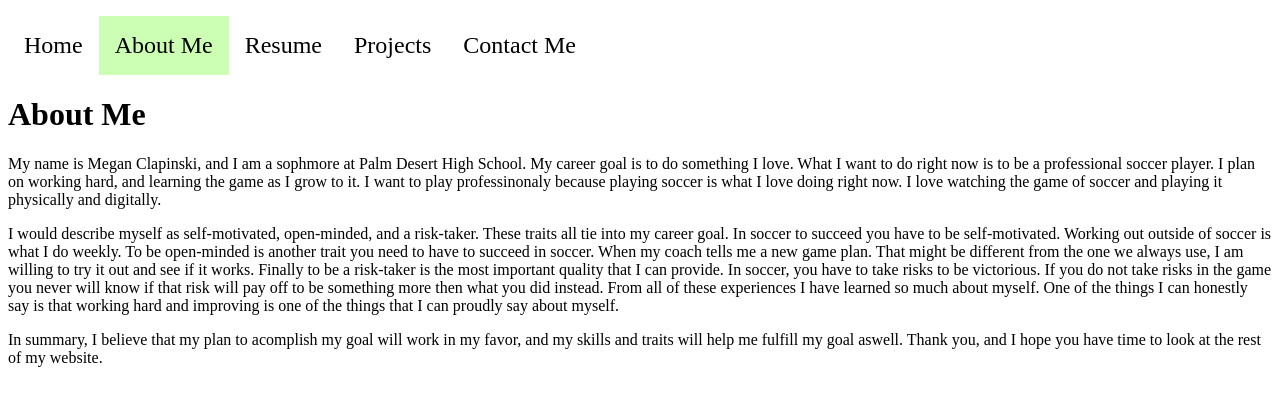
Repository: meganclapinski/meganclapinski.github.io
Page: aboutme.html
The author's editor kept a record of every edit. The page is drawn from the files as they stood at one moment, then again after the next edit.
The browser window is 1280 px wide. The pictures show the whole page.

Above is the page before.

After the next edit:
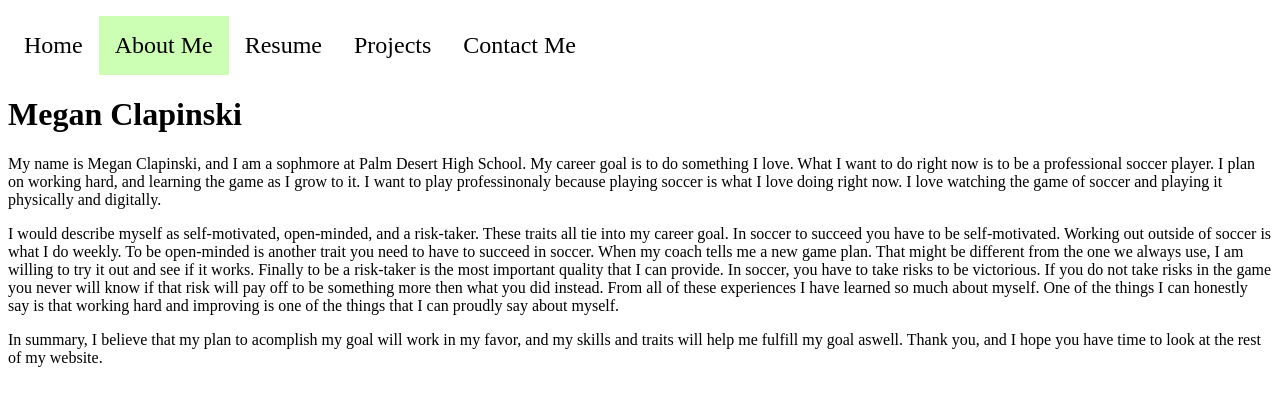
The edit:
--- a/aboutme.html
+++ b/aboutme.html
@@ -26,7 +26,7 @@
              <li> <a href="contactme.html">Contact Me</a></li>
         </ul>
 
-        <h1>About Me</h1>
+        <h1>Megan Clapinski</h1>
             <p>My name is Megan Clapinski, and I am a sophmore at Palm Desert High School. My career goal is to do something I
             love. What I want to do right now is to be a professional soccer player. I plan on working hard, and learning the game as I grow to it. I want to play professinonaly because playing soccer is what I love doing right now. I love watching the game of soccer and playing it physically and digitally.
                 <p> I would describe myself as self-motivated, open-minded, and a risk-taker. These traits all tie into my career goal. In soccer to succeed you have to be self-motivated. Working out outside of soccer is what I do weekly.
